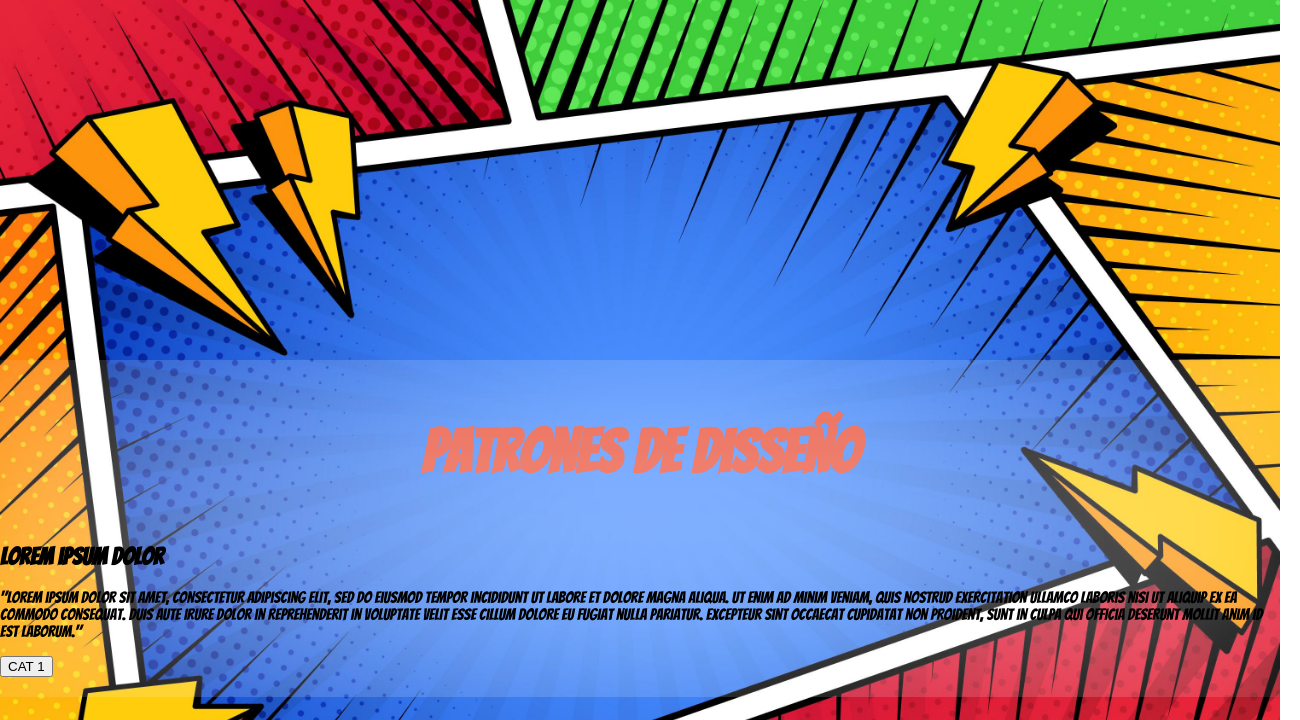
Repository: nrsWebs/design-pattern-es
Page: index.html
These files come from the project's save history. The page is drawn as it stood at one moment and after the next save; the edit follows.
The browser window is 1280 px wide. The page is 1300 px wide, so the pictures cover 1300 px, including what lies to the right of the window. The pictures show the whole page.

Above is the page before, as saved 2021-02-06 19:46:58.

After the next save:
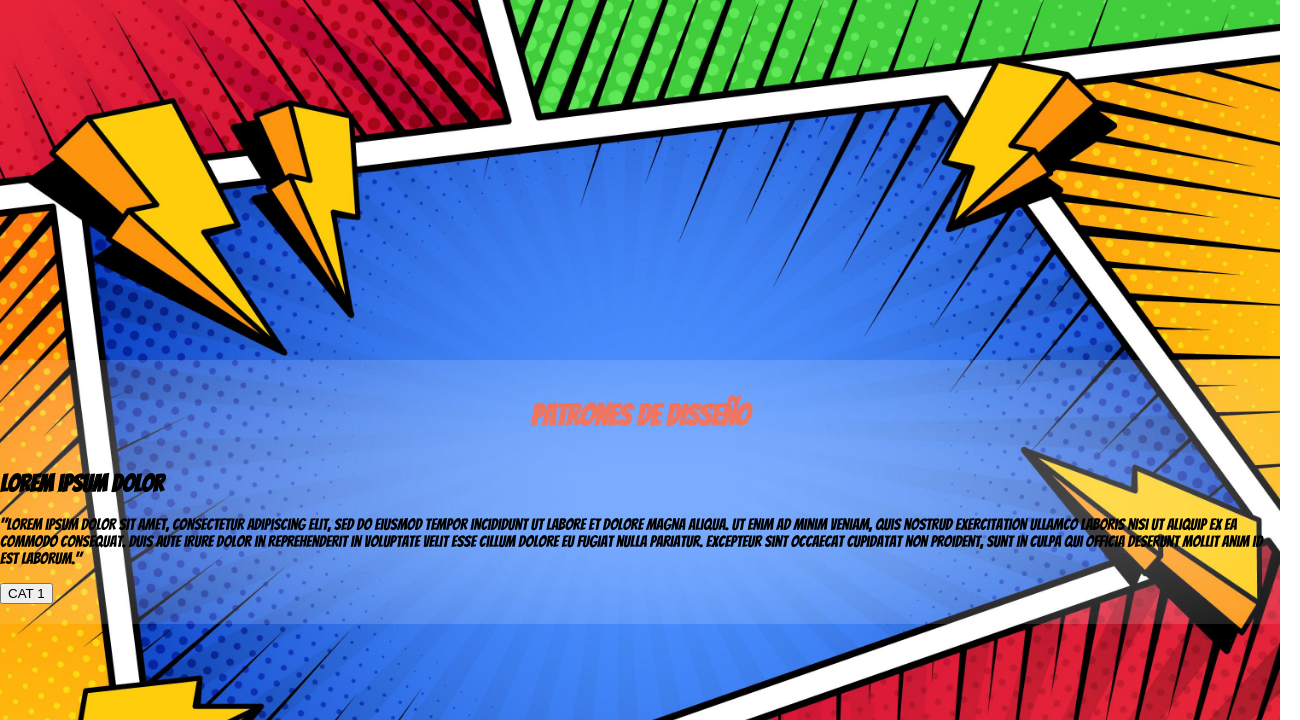
Saved 31 s later.
--- a/source/main.css
+++ b/source/main.css
@@ -28,6 +28,11 @@ h1{
     text-align: center;
     color: var(--secondary);
     font-size: 60px;
+}
+h1{
+    text-align: center;
+    color: var(--secondary);
+    font-size: 30px;
 }
 .box {
     display: flex;
